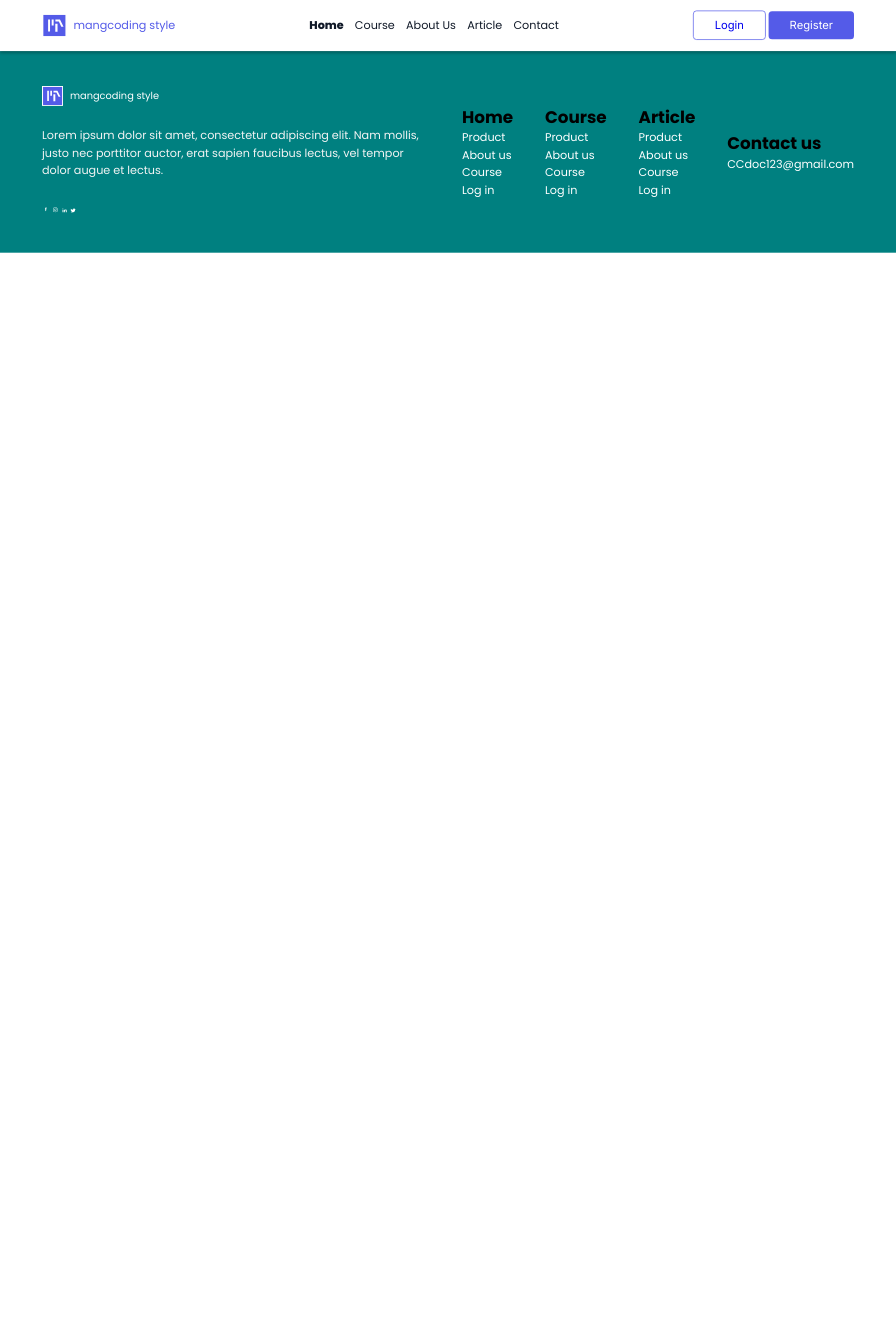
Repository: Dania-Alqam/landing-page
Page: index.html
An editor plug-in stored every save of this project. The page is shown before and after a run of saves, followed by the edit.
The browser window is 1280 px wide. The pictures show the part of the page from y = 0 to 1920 px (the page is 5000 px tall), at 70% of full size.

Above is the page before, as saved 2024-06-22 00:01:23.

After the next 2 saves:
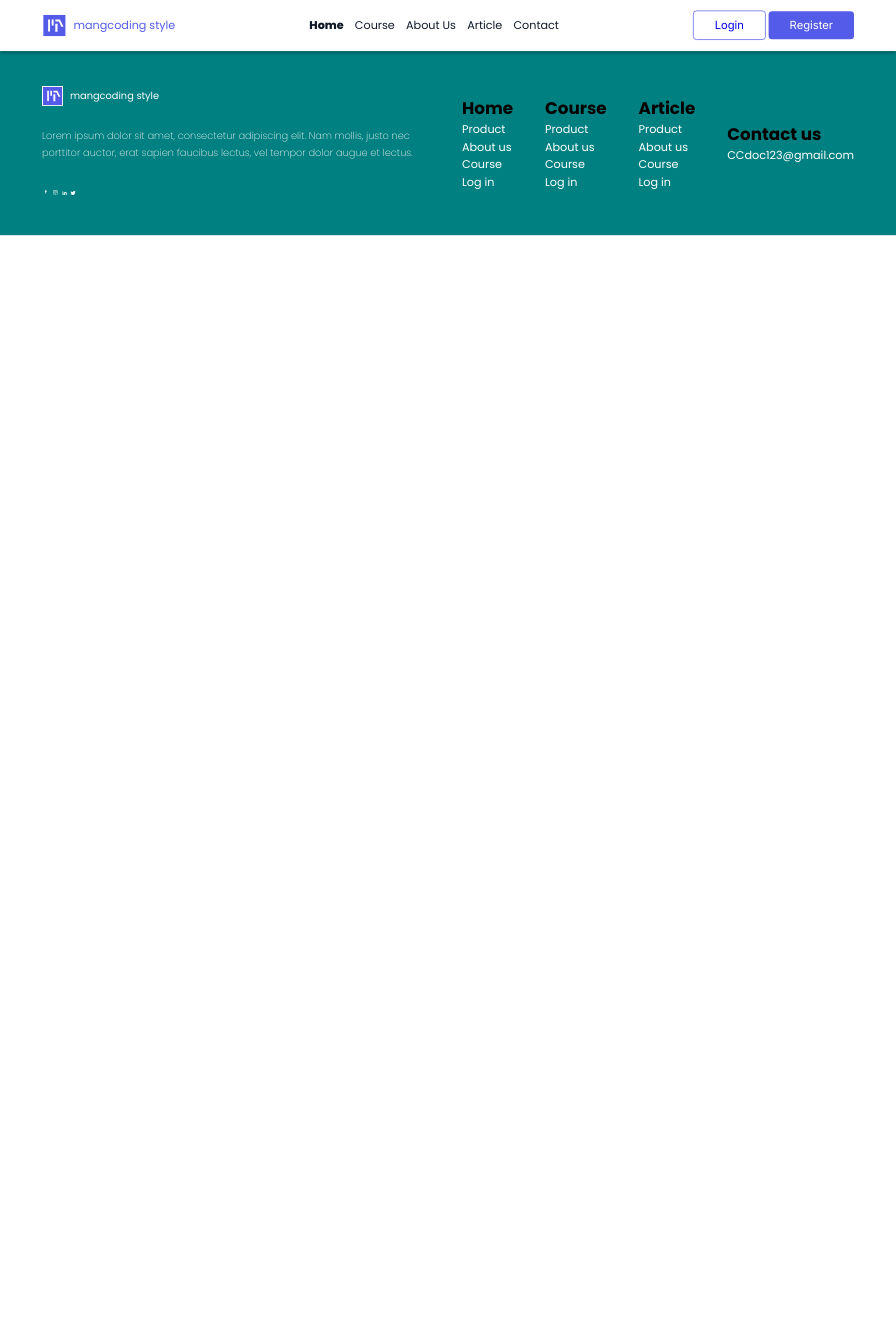
The 2 saves are shown as one change because they came seconds apart.
The last was saved 21 s later.
--- a/assests/css/main.css
+++ b/assests/css/main.css
@@ -101,5 +101,7 @@ font-weight: 800;
 .footer .footer-start  p{
     color: #F4F4F4;
     line-height: 25px;
+    font-size: 14px;
+    font-weight: 200;
 }
 /* end footer */
